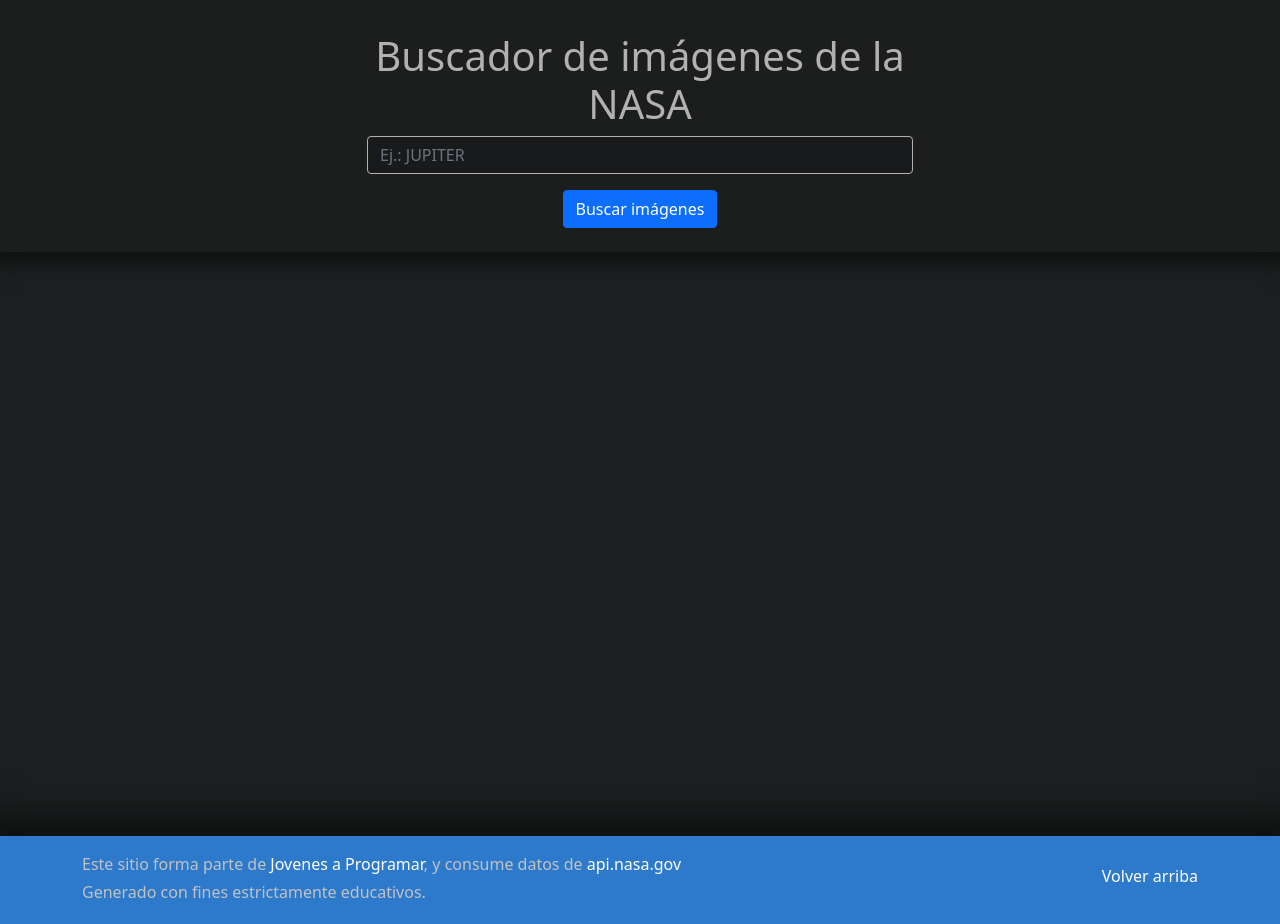
Repository: romancegirl/galaxies
Page: index.html
The author's editor kept a copy of each file at every save. The page is drawn from the files as they stood at one save, then again after the next save.
The browser window is 1280 px wide. The pictures show the whole page.

Above is the page before, as saved 2024-11-30 04:35:08.

### index.html
<!doctype html>
<html lang="es">

<head>
  <meta charset="utf-8">
  <meta name="viewport" content="width=device-width, initial-scale=1">
  <title>Buscador de imágenes de la NASA</title>

  <link href="css/bootstrap.min.css" rel="stylesheet">
  <link rel="stylesheet" href="css/style.css">
</head>

<body>

  <header>
    <div id="intro">
      <div class="text-center container">
        <div class="row py-lg-3">
          <div class="col-lg-6 col-md-8 mx-auto">
            <h1 class="fw-light">Buscador de imágenes de la NASA</h1>
            <div id="beggining"><input type="search" class="form-control" name="buscar" id="inputBuscar" placeholder="Ej.: JUPITER"></div>
            <button class="btn btn-primary my-2" id="btnBuscar">Buscar imágenes</button>
          </div>
        </div>
      </div>
    </div>
  </header>

  <main>
    <div class="container">
      <div id="contenedor">
      </div>
    </div>
  </main>


  <footer class="text-muted py-3">
    <div class="container">
      <p class="float-end mb-1">
        <a href="#">Volver arriba</a>
      </p>
      <p class="mb-1">Este sitio forma parte de <a href="https://jovenesaprogramar.edu.uy/" target="_blank">
          Jovenes a Programar</a>, y consume datos de <a href="https://api.nasa.gov/" target="_blank">
          api.nasa.gov</a></p>
      <p class="mb-1">Generado con fines estrictamente educativos.</p>
    </div>
  </footer>

  <script src="https://cdn.jsdelivr.net/npm/bootstrap@5.3.1/dist/js/bootstrap.bundle.min.js"></script>
  <script src="js/space.js"></script>

</body>

</html>

### css/style.css
body {
    background-color: #1C1E1F;
    color: #B2B1B0;
    display: flex;
    flex-direction: column;
    min-height: 100vh;
}

main {
    min-height: calc(100vh - 160px);
    flex-grow: 1;
}

#intro {
    background-color: #1c1e1f9b;
    padding-top: 1rem;
    position: relative;
    box-shadow: 0 0 20px 10px rgba(0, 0, 0, 0.5);
}


input[type="search"] {
    background-color: #181A1B;
    border: 1px solid #B2B1B0;
    color: #B2B1B0;
}

input[type="search"]:focus {
    box-shadow: 0 0 5px #2D79CC;
    background-color: #181A1B;
    border: 1px solid #2D79CC;
    color: #B2B1B0;
}

.form-control {
    margin-bottom: 0.5rem;
}


#contenedor {
    display: flex;
    flex-wrap: wrap;
    justify-content: center;
    gap: 1rem;
    align-items: center;
}

.card {
    width: 22rem;
    height: 500px;
    display: flex;
    flex-direction: column;
    overflow: hidden;
    margin-top: 2rem;
    background-color: #181A1B;
    color: #c3c2c2;
    box-shadow: 0 0 4px 4px #2d7acc66;
}

.card-img-top {
    width: 100%;
    height: 250px;
    object-fit: cover;
}

.card-body {
    height: 250px;
    overflow-y: auto;
    padding: 1rem;
}

.card-text {
    display: -webkit-box;
    -webkit-line-clamp: 3;
    -webkit-box-orient: vertical;
    overflow: hidden;
    transition: all 0.3s ease-in-out;
}

.card-text.more {
    -webkit-line-clamp: 3;
    overflow: hidden;
}

.card-text.full {
    -webkit-line-clamp: unset;
    overflow: visible;
}

#more {
    cursor: pointer;
    color: #007bff;
    text-decoration: none;
    display: block;
    margin-top: 10px;
}



footer {
    background-color: #2D79CC;
    bottom: 0;
    width: 100%;
    margin-top: 1.5rem;
    box-shadow: 0 0 30px 20px rgba(0, 0, 0, 0.5);
}

footer p {
    color: #c3c2c2
}

footer a {
    color: #ffffff;
    text-decoration: none;
}

footer a:hover {
    color: #9b9a9b;
    transform: scale(1.05);
    transition: color 0.3s, text-shadow 0.3s;
}

footer .float-end {
    transform: translateY(50%);
}




@media (max-width: 1200px) {
    .col-lg-6 {
        width: 50%;
    }
}

@media (max-width: 768px) {
    .col-md-4 {
        width: 100%;
    }
}

### js/space.js
// Función para alternar la visibilidad del texto
function toggleDescription(button) {
    const cardBody = button.closest('.card-body');
    const descriptionText = cardBody.querySelector('.card-text');

    // Alternar clases entre "more" y "full" en el texto de la descripción
    if (descriptionText.classList.contains('more')) {
        descriptionText.classList.remove('more');
        descriptionText.classList.add('full');
        button.textContent = 'Ver menos'; // Cambiar el texto del botón
    } else {
        descriptionText.classList.remove('full');
        descriptionText.classList.add('more');
        button.textContent = 'Ver más'; // Cambiar el texto del botón
    }
}

// Asegúrate de que el evento de clic esté correctamente asignado en el HTML generado
const inputBuscar = document.getElementById('inputBuscar');
const btnBuscar = document.getElementById('btnBuscar');
const contenedor = document.getElementById('contenedor');

const searchNASAImages = async () => {
    const query = inputBuscar.value.trim();

    if (!query) {
        alert('Por favor, ingresa un término de búsqueda.');
        return;
    }

    const nasaAPI = `https://images-api.nasa.gov/search?q=${query}`;

    try {
        const response = await fetch(nasaAPI);
        const data = await response.json();

        const items = data.collection.items;
        if (!items || items.length === 0) {
            contenedor.innerHTML = `
            <h3><strong>No hemos encontrado información relacionada a "${query}".</strong></h3>`;
            return;
        }

        contenedor.innerHTML = '';

        const row = document.createElement('div');
        row.className = 'row';

        items.forEach((item) => {
            const { title, description, date_created } = item.data[0];
            const imageUrl = item.links?.[0]?.href || 'https://via.placeholder.com/150';

            // Crear la tarjeta
            const card = document.createElement('div');
            card.className = 'col-12 col-md-4 mb-6';

            // Contenido de la tarjeta
            card.innerHTML = `
                <div class="card">
                    <img src="${imageUrl}" class="card-img-top" alt="${title}">
                    <div class="card-body">
                        <h5 class="card-title">${title}</h5>
                        <p class="card-text more">${description || 'Descripción no disponible.'}</p>
                        <!-- Aquí controlamos la visibilidad del botón -->
                        ${description && description.length > 200 ? '<p class="card-text" id="more" onclick="toggleDescription(this)">Ver más</p>' : ''}
                        <p class="card-text"><small class="text-muted">Fecha: ${new Date(date_created).toLocaleDateString()}</small></p>
                    </div>
                </div>
            `;

            const descriptionText = card.querySelector('.card-text');
            const moreButton = card.querySelector('#more');
            if (!description || description.length <= 200) {
                if (moreButton) {
                    moreButton.style.display = 'none';
                }
                descriptionText.classList.add('full');
            }

            row.appendChild(card);
        });

        contenedor.appendChild(row);
    } catch (error) {
        console.error('Error al obtener datos:', error);
        contenedor.innerHTML = `<p class="text-center text-danger">Ocurrió un error al obtener los datos.</p>`;
    }
};

btnBuscar.addEventListener('click', searchNASAImages);
inputBuscar.addEventListener('keydown', (event) => {
    if (event.key === 'Enter') {
        event.preventDefault();
        searchNASAImages();
    }
});

Loaded but not shown: css/bootstrap.min.css (library)

After the next save:
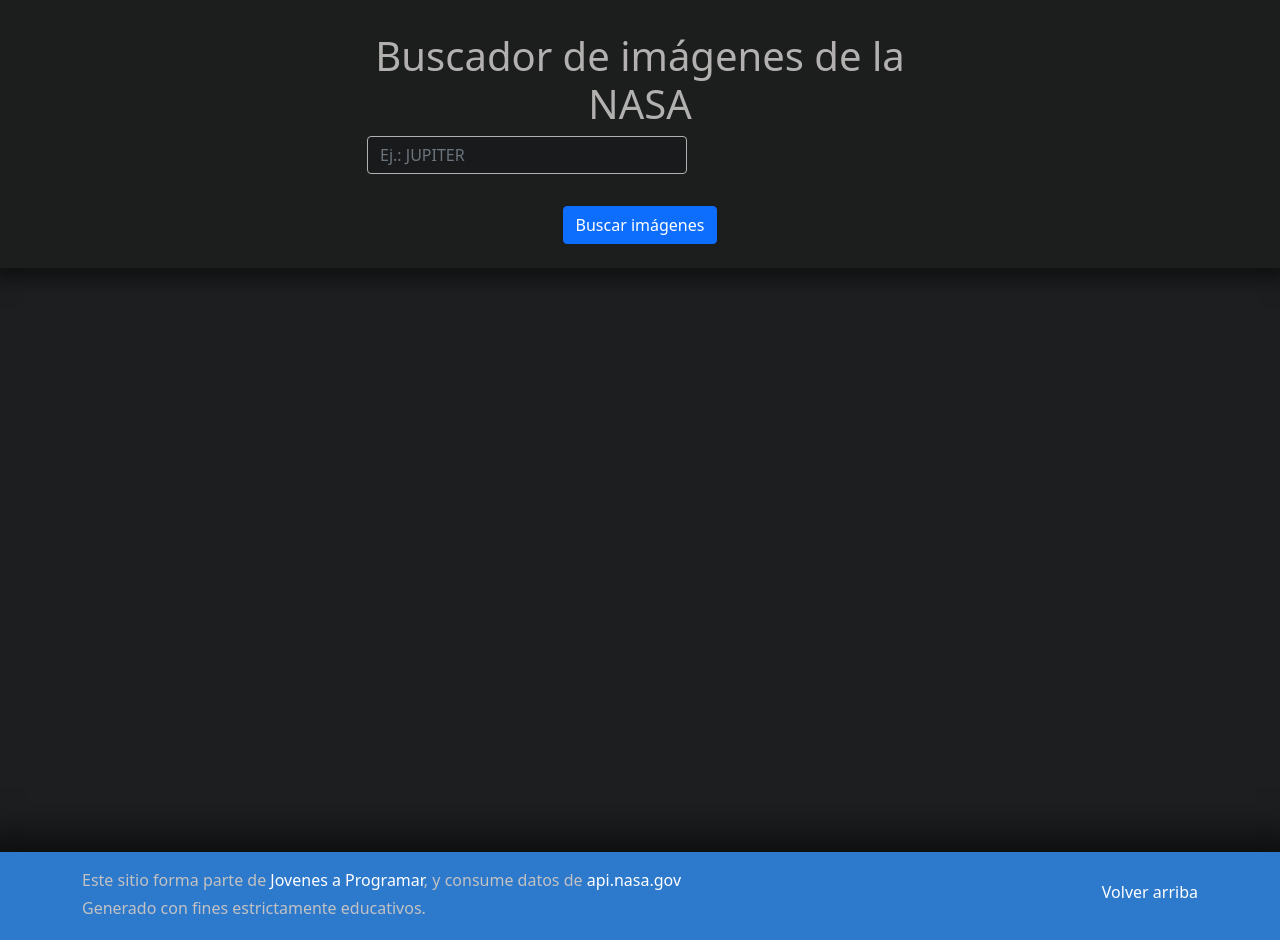
Saved 49 s later.
--- a/css/style.css
+++ b/css/style.css
@@ -17,6 +17,17 @@ main {
     position: relative;
     box-shadow: 0 0 20px 10px rgba(0, 0, 0, 0.5);
 }
+
+
+#beggining {
+    width: 20rem !important;
+    margin-bottom: 1rem;
+    display: flex;
+    align-items: center;
+    align-content: center;
+}
+
+
 
 
 input[type="search"] {
